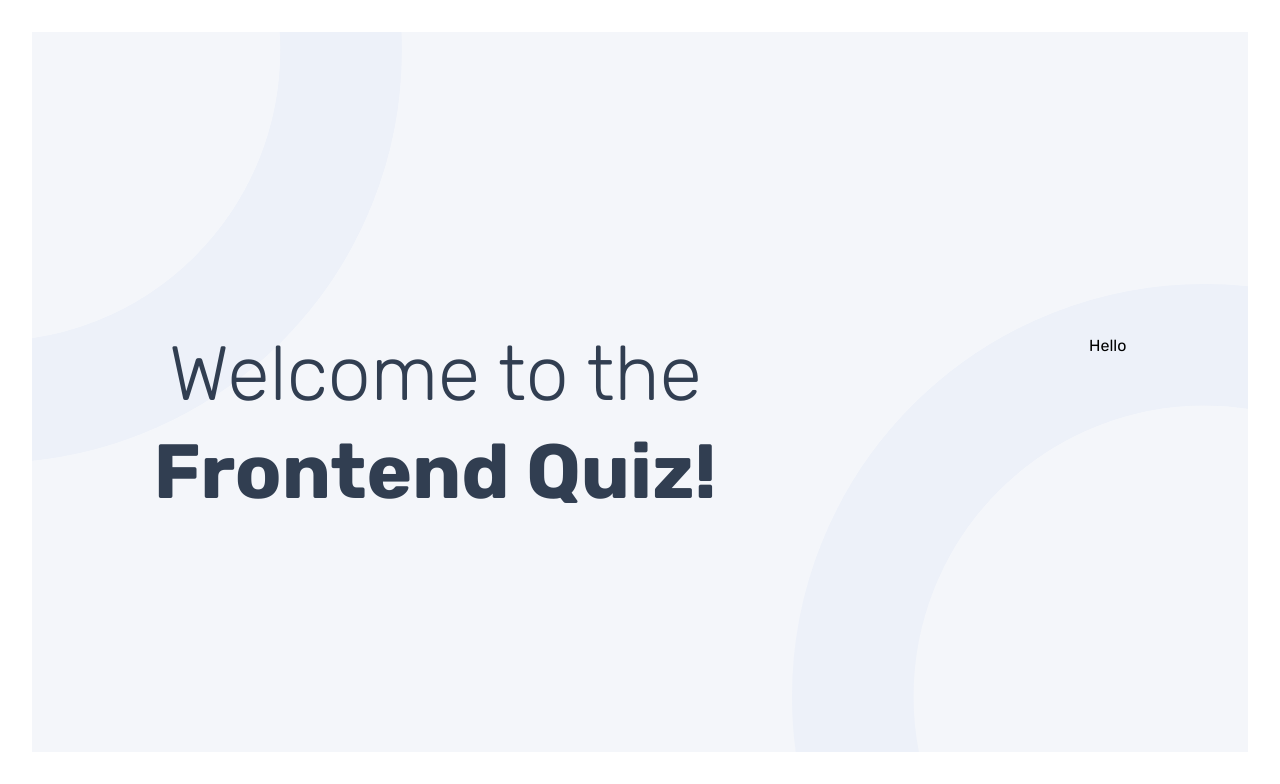
Repository: Shenixo/QuizApp
Page: /
An editor plug-in stored every save of this project. The page is shown before and after the next save, followed by the edit.
The browser window is 1280 px wide. The pictures show the whole page.
The project was rebuilt for these pictures with package versions that can differ from the ones it lists, and the page was loaded fresh each time. Also part of the build but not shown: vite.config.js, src/Components/Navbar/Navbar.jsx.

Above is the page before, as saved 2025-03-31 11:09:40.

After the next save:
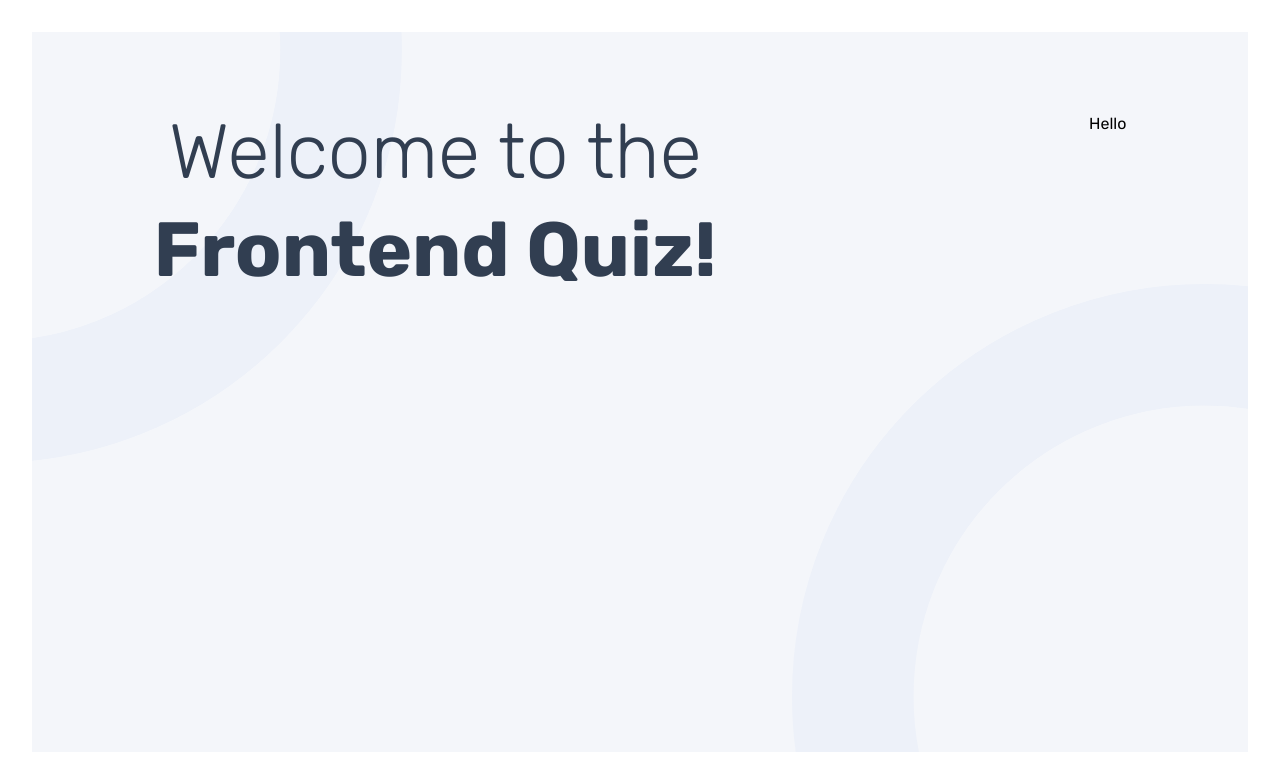
Saved 56 s later.
--- a/src/Components/Home/Home.jsx
+++ b/src/Components/Home/Home.jsx
@@ -3,7 +3,7 @@ import pattern from "/pattern-background-desktop-dark.svg";
 import Navbar from "../Navbar/Navbar";
 const Home = () => {
   return (
-    <div className="w-[80%] mx-auto placeholder-stone-200 pt-20 flex items-center justify-center h-[100vh]">
+    <div className="w-[80%] mx-auto placeholder-stone-200 pt-20  h-[100vh]">
       <div className="flex items-start justify-between w-full">
       <div>
         <h1 className="text-primary font-thin text-[4.8rem] leading-[5rem]">Welcome to the</h1>
